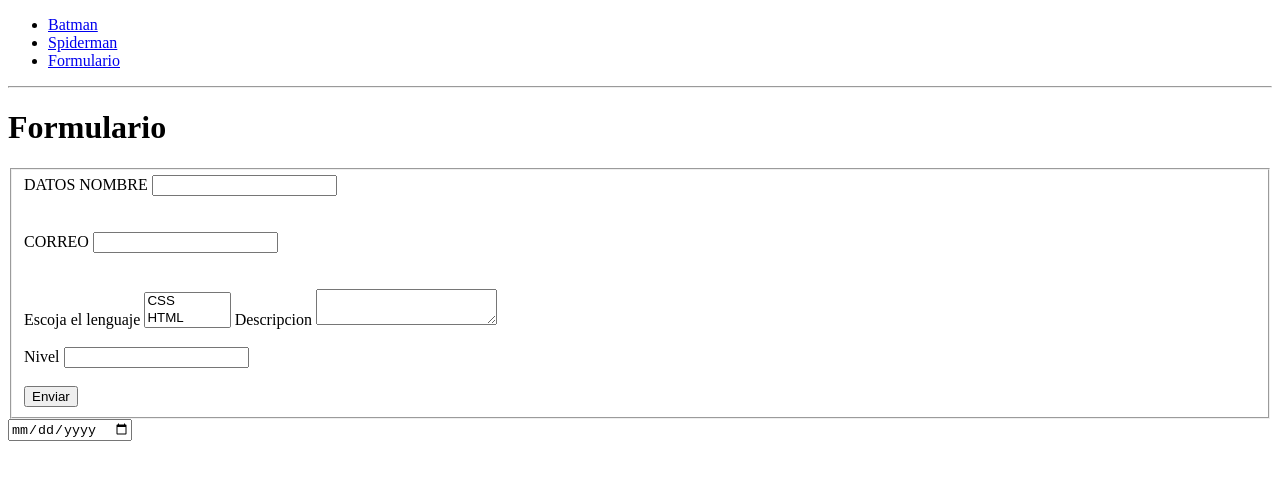
Repository: Arito05/Mi-primer-Repositorio
Page: dia1/formulario.html
These files come from the project's save history. The page is drawn as it stood at one moment and after a run of saves; the edit follows.
The browser window is 1280 px wide. The pictures show the whole page.

Above is the page before, as saved 2024-07-19 09:23:08.

After the next 12 saves:
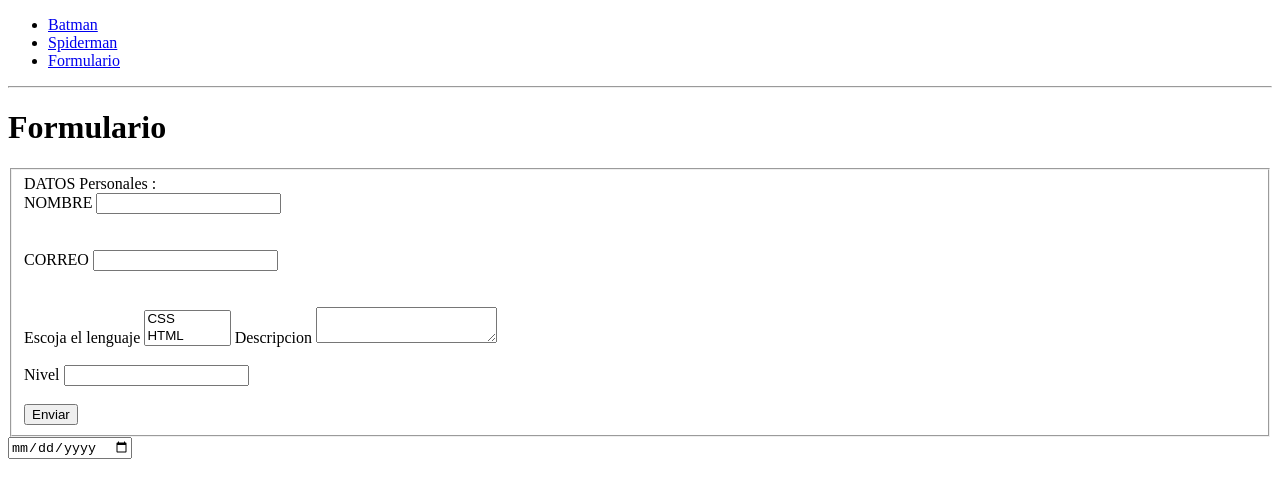
The 12 saves are shown as one change because they came seconds apart.
The last was saved 61 min 23 s later.
--- a/dia1/formulario.html
+++ b/dia1/formulario.html
@@ -15,8 +15,7 @@
     <h1>Formulario</h1>
 
     <form>
-      <fieldset>
-        DATOS
+      <fieldset>DATOS Personales : <br>
 
         <label for="nombre">NOMBRE</label>
         <input
